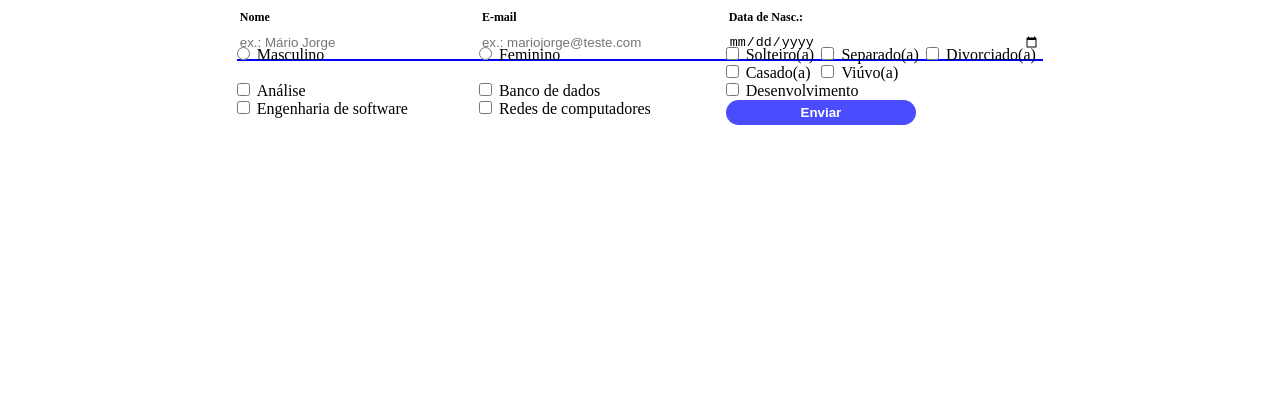
Repository: mjRibeiroTriscal/UVA_Projects
Page: Proj_A1_AVA2_2020_1/index.html
An editor plug-in stored every save of this project. The page is shown before and after the next save, followed by the edit.
The browser window is 1280 px wide. The pictures show the whole page.

Above is the page before, as saved 2020-03-13 11:53:14.

### Proj_A1_AVA2_2020_1/index.html
<!--
*   @project     A1_AVA2_UVA_2020_1
*   @author      Mário Jorge (mariojgmaster@yahoo.com.br)
*   @Git         MJRibeiroTriscal (https://github.com/mjRibeiroTriscal)
-->

<html>

<head>
    <meta charset="UTF-8">
    <title>Tell Me About You</title>
    <!-- <link rel="icon" href="./favicon.png" sizes="16x16 32x32" type="image/png"> -->
    <script src="./script.js"></script>
    <link rel="stylesheet" href="./style.css" />
</head>

<body>
    <div id="container">

        <header>

        </header>

        <section>

            <form class="gridContainer" name="formUva" action="http://google.co">

                <div class="gridItem">
                    <label for="nome" class="labelFirst">Nome</label>
                    <input id="nome" type="text" name="nome" placeholder="ex.: Mário Jorge" />
                </div>
                <div class="gridItem">
                    <label for="email" class="labelFirst">E-mail</label>
                    <input id="email" type="text" name="email" placeholder="ex.: mariojorge@teste.com" />
                </div>

                <div class="gridItem">
                    <label for="dataNasc" class="labelFirst">Data de Nasc.:</label>
                    <input id="dataNasc" type="date" name="dataNasc" />
                </div>

                <div class="gridItem">
                    <input id="masc" type="radio" name="masc" />
                    <label for="masc">Masculino</label>
                </div>
                <div class="gridItem">
                    <input id="fem" type="radio" name="fem" />
                    <label for="fem">Feminino</label>
                </div>

                <div class="gridItem gridContainer">
                    <div class="gridItem">
                        <input id="solteiro" type="checkbox" name="estCivil" />
                        <label for="solteiro">Solteiro(a)</label>
                    </div>
                    <div class="gridItem">
                        <input id="separado" type="checkbox" name="estCivil" />
                        <label for="separado">Separado(a)</label>
                    </div>
                    <div class="gridItem">
                        <input id="divorciado" type="checkbox" name="estCivil" />
                        <label for="divorciado">Divorciado(a)</label>
                    </div>
                    <div class="gridItem">
                        <input id="casado" type="checkbox" name="estCivil" />
                        <label for="casado">Casado(a)</label>
                    </div>
                    <div class="gridItem">
                        <input id="viuvo" type="checkbox" name="estCivil" />
                        <label for="viuvo">Viúvo(a)</label>
                    </div>
                </div>

                <div class="gridItem">
                    <input id="analise" type="checkbox" name="analise" />
                    <label for="analise">Análise</label>
                </div>
                <div class="gridItem">
                    <input id="bancoDados" type="checkbox" name="bancoDados" />
                    <label for="bancoDados">Banco de dados</label>
                </div>
                <div class="gridItem">
                    <input id="desenvolvimento" type="checkbox" name="desenvolvimento" />
                    <label for="desenvolvimento">Desenvolvimento</label>
                </div>
                <div class="gridItem">
                    <input id="engenhariaSoftware" type="checkbox" name="engenhariaSoftware" />
                    <label for="engenhariaSoftware">Engenharia de software</label>
                </div>
                <div class="gridItem">
                    <input id="redesComputadores" type="checkbox" name="redesComputadores" />
                    <label for="redesComputadores">Redes de computadores</label>
                </div>

                <div class="gridItem itemFlex">
                    <input type="submit" value="Enviar">
                </div>

            </form>

        </section>

        <footer>

        </footer>

</body>

</html>

### Proj_A1_AVA2_2020_1/script.js
/*
 *   @project     A1_AVA2_UVA_2020_1
 *   @author      Mário Jorge (mariojgmaster@yahoo.com.br)
 *   @Git         MJRibeiroTriscal (https://github.com/mjRibeiroTriscal)
 */

### Proj_A1_AVA2_2020_1/style.css
/*
 *   @project     A1_AVA2_UVA_2020_1
 *   @author      Mário Jorge (mariojgmaster@yahoo.com.br)
 *   @Git         MJRibeiroTriscal (https://github.com/mjRibeiroTriscal)
 */

* {
    margin: 0px;
    padding: 0px;
}

#container {
    padding: 10px;
    display: flex;
    align-items: center;
    justify-content: center;
}

section {
    width: 80%;
    display: flex;
    align-items: center;
    justify-content: center;
}

section form.gridContainer {
    width: 80%;
}

label.labelFirst {
    font-size: 12px;
    font-weight: bold;
}

label {
    margin-left: 3px;
}

input {
    border: none;
    outline: none;
    box-shadow: 0;
}

input[type=text],
input[type=date] {
    width: 100%;
    height: 100%;
    padding: 1px 3px;
    border-bottom: 2px solid Blue;
}

input[type=submit] {
    width: 60%;
    height: 100%;
    padding: 5px;
    color: #FFF;
    font-weight: bold;
    background-color: rgba(0, 0, 255, 0.7);
    border-radius: 50px;
}

input[type=submit]:active {
    background-color: rgba(0, 0, 255, 0.9);
}

.gridContainer {
    display: grid;
    /* border: 1px solid red; */
    grid-template-columns: auto auto auto;
}

.gridItem {
    padding: 0px;
}

After the next save:
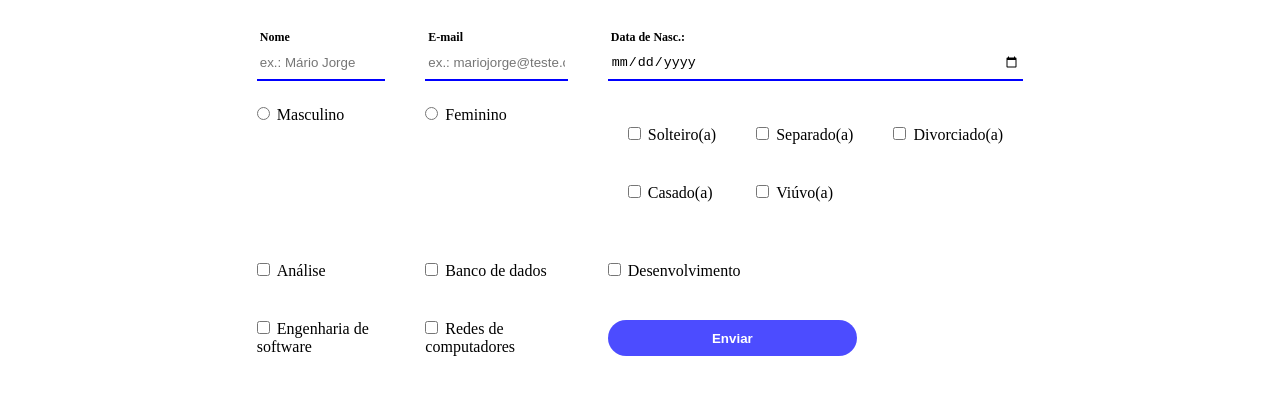
Saved 45 s later.
--- a/Proj_A1_AVA2_2020_1/style.css
+++ b/Proj_A1_AVA2_2020_1/style.css
@@ -71,5 +71,5 @@ input[type=submit]:active {
 }
 
 .gridItem {
-    padding: 0px;
+    padding: 20px;
 }
